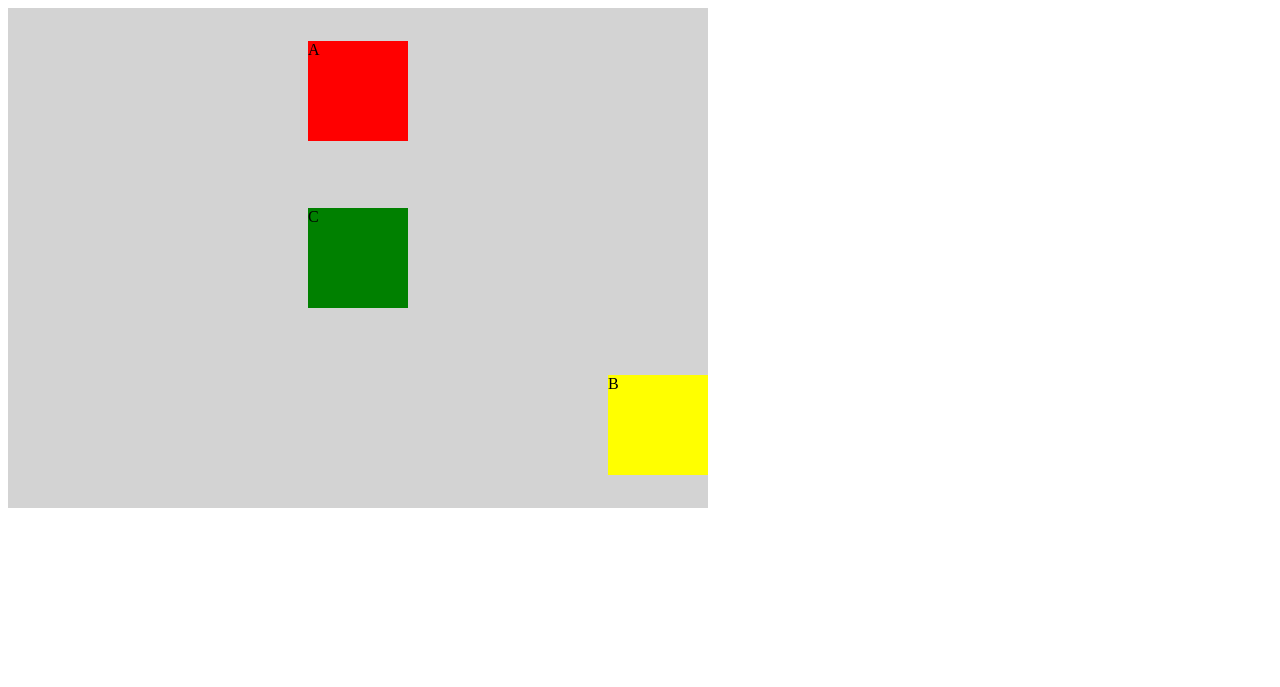
Repository: 4forces/HTML-CSS-LESSON
Page: postion.html
The author's editor kept a record of every edit. The page is drawn from the files as they stood at one moment, then again after the next edit.
The browser window is 1280 px wide. The pictures show the whole page.

Above is the page before.

After the next edit:
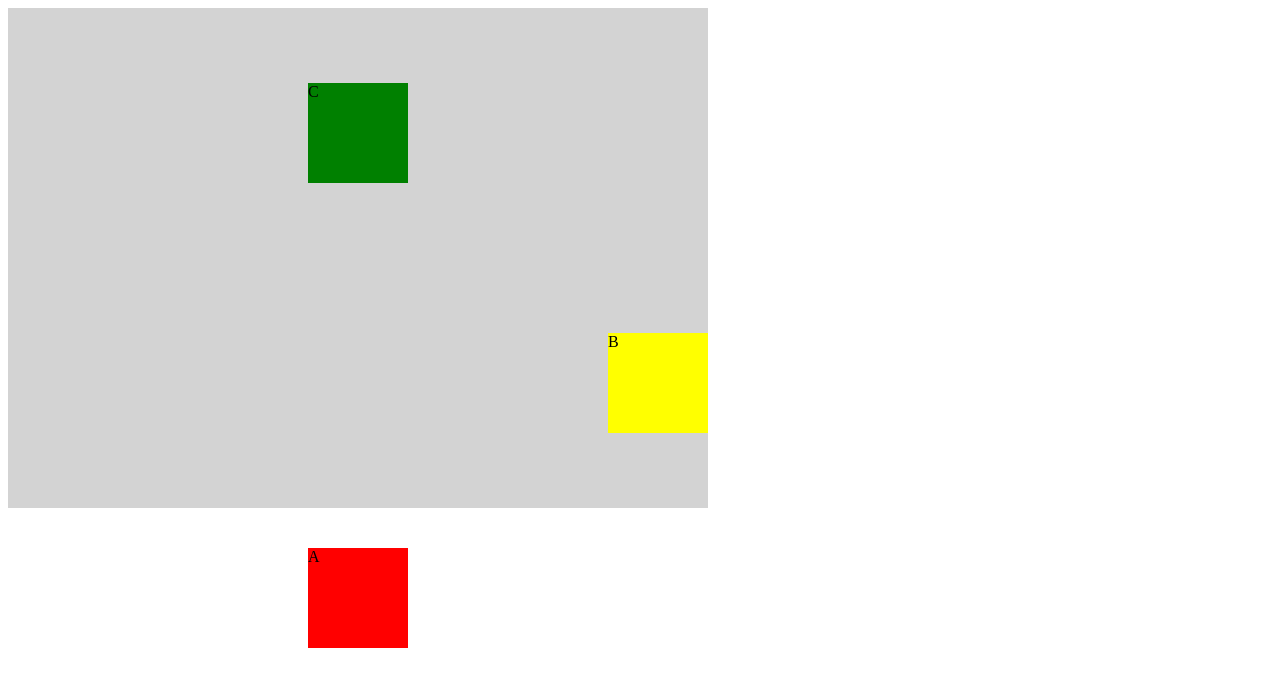
The edit:
--- a/postion.html
+++ b/postion.html
@@ -18,6 +18,8 @@
         .boxa{
             height:100px;
             width:100px;
+            position: absolute;
+            bottom:10%;
 
         }
         .boxb{

After the edit that followed:
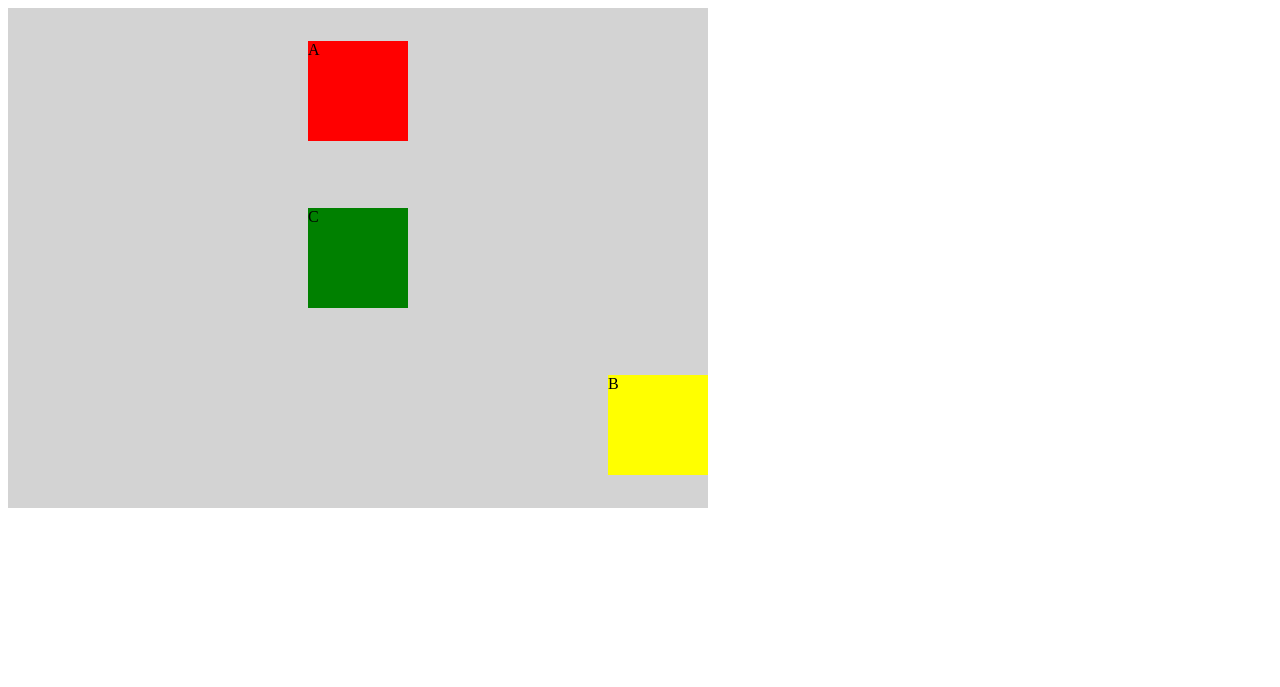
The edit:
--- a/postion.html
+++ b/postion.html
@@ -18,8 +18,7 @@
         .boxa{
             height:100px;
             width:100px;
-            position: absolute;
-            bottom:10%;
+
 
         }
         .boxb{
